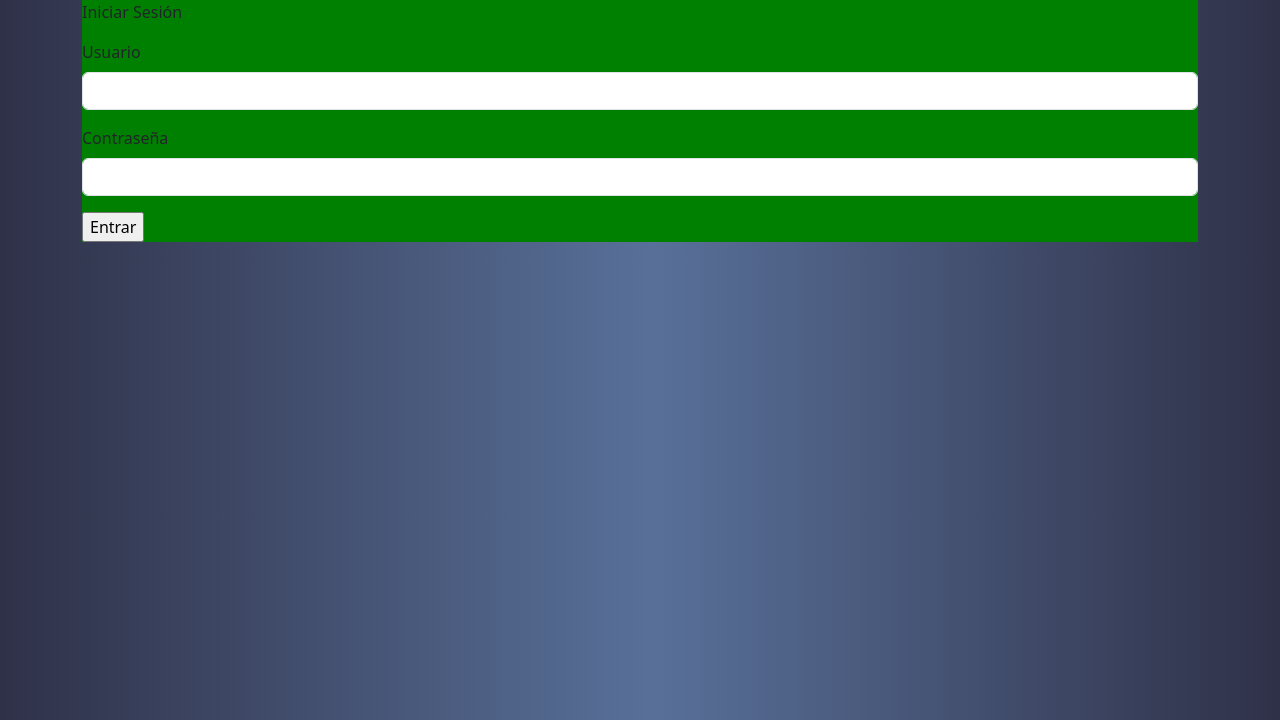
Repository: ingandresmolero/AdministrativoBarber
Page: http://localhost/
An editor plug-in stored every save of this project. The page is shown before and after the next save, followed by the edit.
The browser window is 1280 px wide. The pictures show the whole page.
The page is run by PHP 8.4 with error messages shown; the project is at /var/www/html/. Style sheets and scripts are compiled from the project's sources, by tool versions that may differ from the author's.

Above is the page before, as saved 2023-04-25 21:39:04.

### NEW/index.php
<?php include('php/login.php'); ?>
<!DOCTYPE html>
<html lang="es">

<head>
    <meta charset="UTF-8">
    <meta http-equiv="X-UA-Compatible" content="IE=edge">
    <meta name="viewport" content="width=device-width, initial-scale=1.0">
    <link href="https://cdn.jsdelivr.net/npm/bootstrap@5.3.0-alpha3/dist/css/bootstrap.min.css" rel="stylesheet" integrity="sha384-KK94CHFLLe+nY2dmCWGMq91rCGa5gtU4mk92HdvYe+M/SXH301p5ILy+dN9+nJOZ" crossorigin="anonymous">
    <link rel="stylesheet" href="../css/styles.min.css">
    <title>System</title>
</head>

<body class="login-page">

    <section class="container">
        <div class="box">
            <p>Iniciar Sesión</p>
            <form action="" method="post">

                    <div class="mb-3 user">
                        <label for="exampleInputEmail1" class="form-label">Usuario</label>
                        <input type="text" class="form-control" name="usuario" id="exampleInputEmail1" aria-describedby="emailHelp">

                    </div>
                    <div class="mb-3 password">
                        <label for="exampleInputPassword1" class="form-label">Contraseña</label>
                        <input type="password" class="form-control" name="passw" id="exampleInputPassword1">
                    </div>

                    <p><input type="submit" name="login" value="Entrar"></p>
            </form>
        </div>
    </section>
    <script src="https://cdn.jsdelivr.net/npm/bootstrap@5.3.0-alpha3/dist/js/bootstrap.bundle.min.js" integrity="sha384-ENjdO4Dr2bkBIFxQpeoTz1HIcje39Wm4jDKdf19U8gI4ddQ3GYNS7NTKfAdVQSZe" crossorigin="anonymous"></script>
</body>

</html>

### NEW/php/login.php
<?php


  include("dbconn.php");
  session_start();
  if(isset($_POST["login"])){

    if($_POST["usuario"]== "" or $_POST["passw"]==""){
        echo "<center><h1>Usuario y contrasena no deben estar vacios</h1></center>";

}else{
    $username =$_POST["usuario"];
    $passw=$_POST["passw"];
    $query=$conn->prepare("SELECT * FROM usuarios WHERE user='$username' and passw='$passw'");
    $query -> execute();
    $control=$query ->fetch();

    if($control>0){
        $rol = $control['rol'];
        $_SESSION["username"]=$username;
        $_SESSION["rol"] =$rol;
        header("Location:views/dashboard.php");

    }
    echo "<center><h1>Algun dato incorrecto.</h1></center>";
  }

}
?>

### NEW/php/dbconn.php
<?php
try{
    $user = "root";
    $passw = "";
    $conn=new PDO("mysql:host=localhost;dbname=gestionsys",$user,$passw);

}catch(PDOException $e){
    print "Error!: " . $e->getMessage()."<br/>";
    die();
}


?>

### NEW/scss/styles.scss
@import 'components/header';
@import 'components/dashboard';
@import 'components/table-style';
@import 'components/buttons';
@import 'components/navigation';
@import 'components/fonts';
@import 'components/login-page';

### NEW/scss/components/header.scss
nav {
    .navbar-brand img {
        max-width: 50px;
        display: block;
    }
}

### NEW/scss/components/dashboard.scss
.elements {
    display: flex;
    margin: 3rem 0;
    justify-content: center;
    flex-direction: column;

    @media (min-width: 767px) {
        gap: 30px;
        flex-direction: row;
    }

    .card {
        .card-title {
            text-align: center;
        }
        .btn {
            display: block;
            width: max-content;
            margin: 0 auto;
        }

        @media only screen and (min-width: 768px) and (max-width: 979px) {
            text-align: center;
        }

        @media only screen and (max-width: 767px) {
            width: 85%;
            margin: 0 auto 30px;

            &:last-child {
                margin-bottom: initial;
            }
        }
    }
}

### NEW/scss/components/table-style.scss
@import "variables";

.table-responsive-sm {
    margin-bottom: 3rem;
}
.table-style {
    box-shadow: 0 0 20px rgba(0, 0, 0, 0.15);
    thead {
        background-color: $accentColor;
    }

    tr {
        color: #fff;
        line-height: 35px;
    }

    tr th {
        width: 22px;
        max-width: 95px;
        &:first-child {
            border-top-left-radius: 10px;
        }
        &:last-child {
            border-top-right-radius: 10px;
        }

        @media only screen and (max-width: 767px) {
            font-size: 14px;
            text-align: center;
        }
    }

    tbody {
        font-weight: bold;
        th {
            color: $accentColor;
            padding: 12px 10px;
        }

        tr {
            color: $primaryColor;
            &:hover {
                background-color: #f3f3f3;
                color: $accentColor;
                transition: .3s;
                th {
                    color: $accentColor;
                    transition: .3s;
                }
            }

            .action {
                padding: 12px 0;
            }
        }

        td {
            padding: 12px 10px;
            line-height: 22px;
            vertical-align: baseline;
            @media only screen and (max-width: 767px) {
                text-align: center;
                font-size: 14px;
            }
        }
    }
}

### NEW/scss/components/variables.scss
$primaryColor:#587099;
$lightenPrimary: lighten($primaryColor, 20%) !important;
$accentColor: #2F3148;

### NEW/scss/components/buttons.scss
@import "variables";
.table-btn {
    background-color: $accentColor;
    border-radius: 30px;
    border: 1px solid $accentColor;
    color: #fff;
    display: inline-block;
    line-height: initial;
    padding: 5px 20px;
    text-decoration: none;
    transition: .3s;
    font-weight: normal;
    &:hover,
    &:active {
        color: #fff;
        background-color: transparent;
        color: $accentColor;
    }

    @media only screen and (max-width: 767px) {
        padding: 5px 14px;
        font-size: 14px;
    }
}

.btn-style-1 {
    background-color: $accentColor;
    border: 1px solid $accentColor;
    color: #fff;
    display: inline-block;
    padding: 7px 21px;
    text-decoration: none;
    transition: .3s;
    margin-bottom: 12px;
    line-height: 22px;
    &:hover,
    &:active {
        border: 1px solid $accentColor;
        background-color: transparent;
        color: $accentColor;
    }
}

### NEW/scss/components/navigation.scss
@import "variables";

nav .pagination {
    margin-bottom: 2rem;
    @media (min-width: 768px) {
        display: inline-block !important;
        text-align: center;
        width: 100%;
    }
    @media only screen and (max-width: 767px) {
        justify-content: center;
    }
    & > li {
        white-space: nowrap;
        display: inline-block;
        margin: 0 5px;

        &.active a {
            background-color: $accentColor;
            color: #fff;
            pointer-events: none;
            opacity: 0.89;
        }
        &.disabled a {
            background-color: $accentColor;
            color: #fff;
            opacity: 0.89;
        }
        .page-link {
            color: $accentColor;
            padding: 4px 20px;
            border-radius: 30px !important;
            border: 2px solid $accentColor;
            border-color: $accentColor;
            transition: .3s;
            &:hover {
               background-color: $accentColor;
               color: #fff;
            }
        }
    }

    .pnum {
        @media only screen and (max-width: 767px) {
            display: none;
        }
    }
}

### NEW/scss/components/fonts.scss
@import "variables";

.page-heading {
    padding: 3rem 0 2rem;
    text-align: center;
    color: $accentColor;
}

### NEW/scss/components/login-page.scss
@import "variables";

body.login-page {
    background: rgb(47,49,72) !important;
    background: linear-gradient(90deg, rgba(47,49,72,1) 0%, rgba(88,112,153,1) 51%, rgba(47,49,72,1) 100%) !important;
}

.box {
    background-color: green;
}

After the next save:
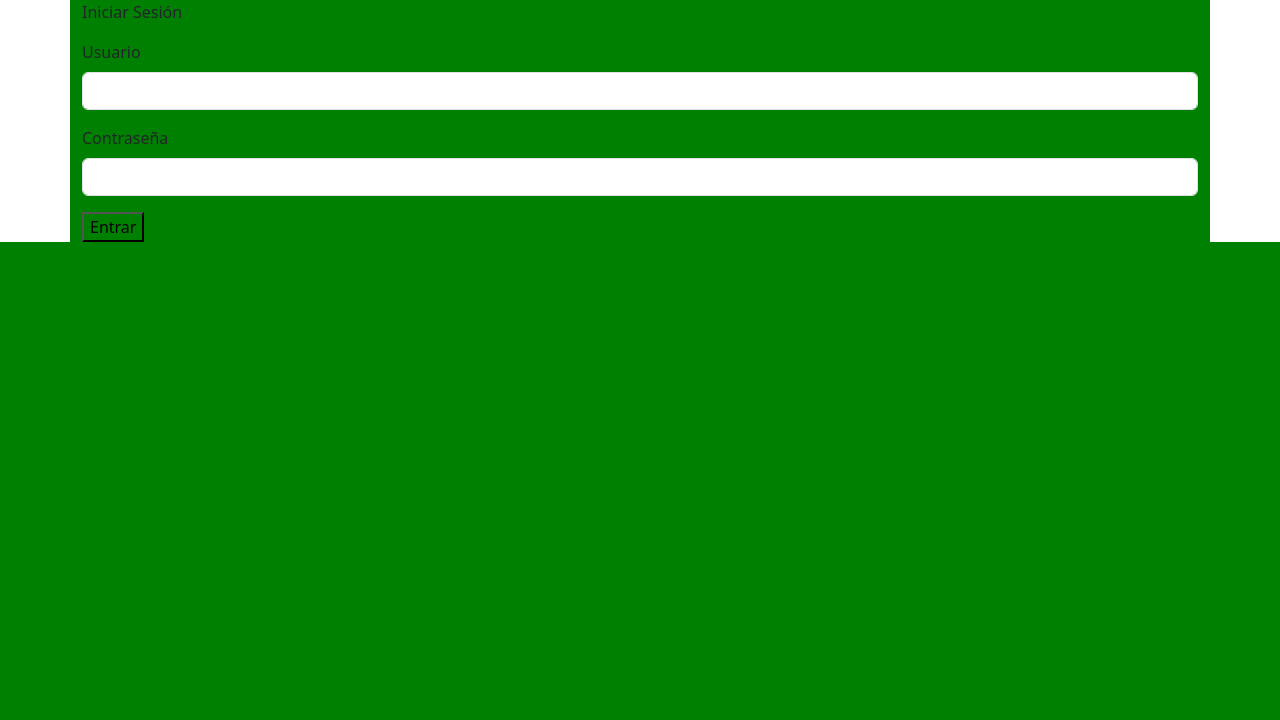
Saved 66 s later.
--- a/NEW/scss/components/login-page.scss
+++ b/NEW/scss/components/login-page.scss
@@ -1,10 +1,14 @@
 @import "variables";
 
-body.login-page {
-    background: rgb(47,49,72) !important;
-    background: linear-gradient(90deg, rgba(47,49,72,1) 0%, rgba(88,112,153,1) 51%, rgba(47,49,72,1) 100%) !important;
-}
+// body.login-page {
+//     background: rgb(47,49,72) !important;
+//     background: linear-gradient(90deg, rgba(47,49,72,1) 0%, rgba(88,112,153,1) 51%, rgba(47,49,72,1) 100%) !important;
+// }
 
-.box {
+// .box {
+//     background-color: green;
+// }
+
+* {
     background-color: green;
 }

After the save that followed:
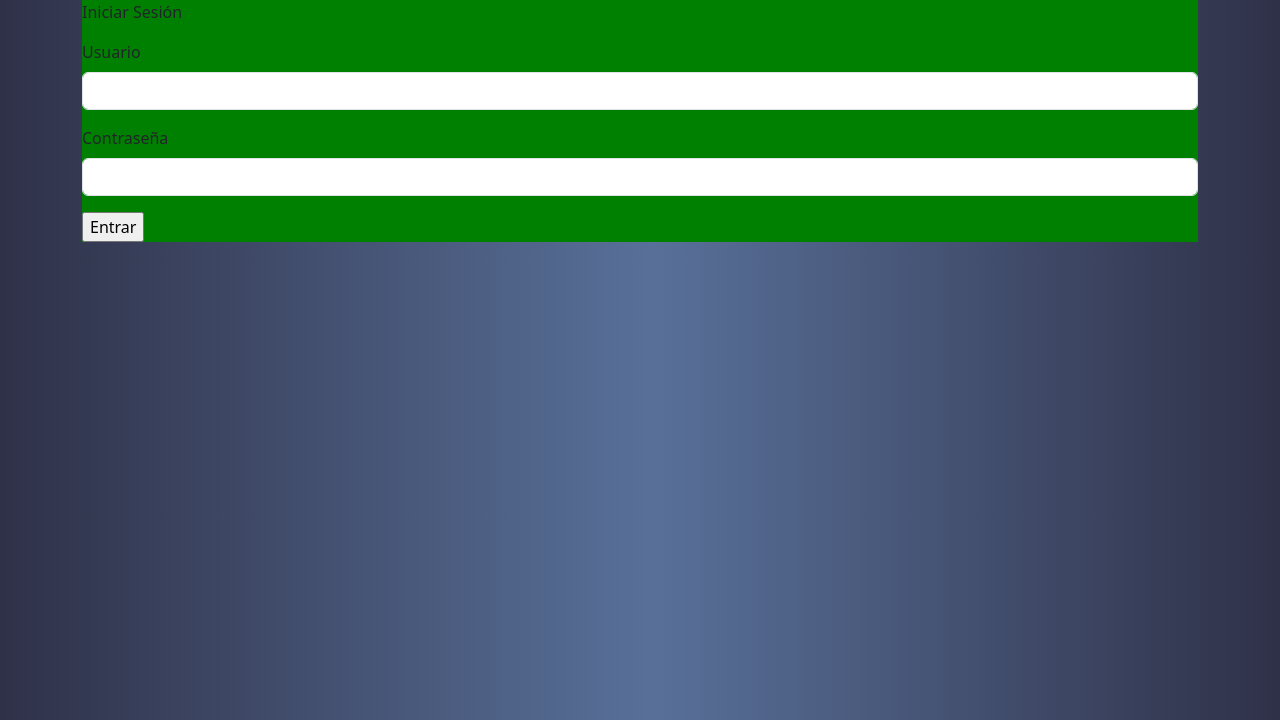
Saved 46 s later.
--- a/NEW/scss/components/login-page.scss
+++ b/NEW/scss/components/login-page.scss
@@ -1,14 +1,10 @@
 @import "variables";
 
-// body.login-page {
-//     background: rgb(47,49,72) !important;
-//     background: linear-gradient(90deg, rgba(47,49,72,1) 0%, rgba(88,112,153,1) 51%, rgba(47,49,72,1) 100%) !important;
-// }
+body.login-page {
+    background: rgb(47,49,72) !important;
+    background: linear-gradient(90deg, rgba(47,49,72,1) 0%, rgba(88,112,153,1) 51%, rgba(47,49,72,1) 100%) !important;
+}
 
-// .box {
-//     background-color: green;
-// }
-
-* {
+.box {
     background-color: green;
 }
